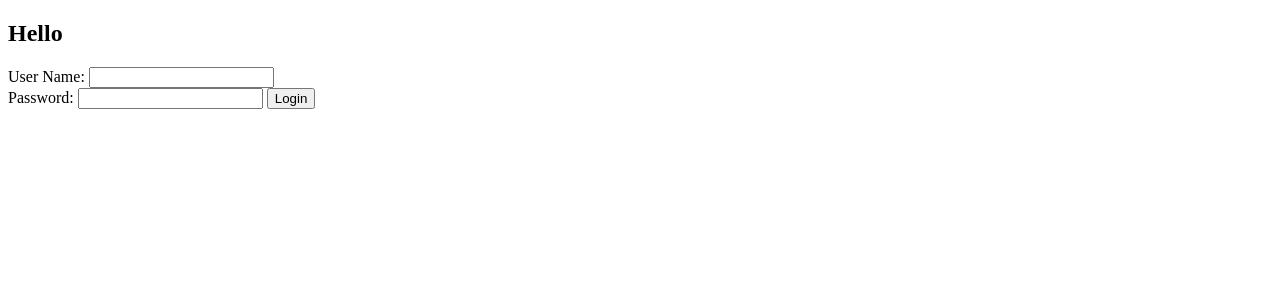
Repository: hoangkhanh2208/Jsp-Servlet-JDBC-Learn
Page: http://localhost/JavaServletExample/views/login.jsp
These files come from the project's save history. The page is drawn as it stood at one moment and after the next save; the edit follows.
The browser window is 1280 px wide. The pictures show the whole page.
The page is served by Tomcat 9. Other server files are loaded and not shown.

Above is the page before, as saved 2021-05-22 16:24:02.

### JavaServletExample/src/main/webapp/views/login.jsp
<%@ page language="java" contentType="text/html; charset=ISO-8859-1"
    pageEncoding="ISO-8859-1"%>
<!DOCTYPE html>
<html>
<head>
<meta charset="ISO-8859-1">
<title>Insert title here</title>
</head>
<body>
	<h2>Hello</h2>

	<form action="exam1" method="get">
		User Name: <input type="text" name="userName"> </br>
		Password: <input type="text" name="password">

		<input type="submit" value="Login">
	</form>
</body>
</html>

After the next save:
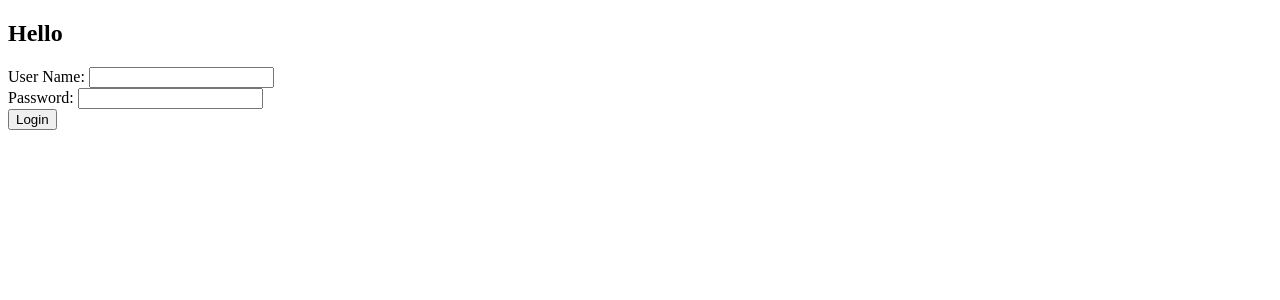
Saved 10 s later.
--- a/JavaServletExample/src/main/webapp/views/login.jsp
+++ b/JavaServletExample/src/main/webapp/views/login.jsp
@@ -11,7 +11,7 @@
 
 	<form action="exam1" method="get">
 		User Name: <input type="text" name="userName"> </br>
-		Password: <input type="text" name="password">
+		Password: <input type="text" name="password"> </br>
 
 		<input type="submit" value="Login">
 	</form>
